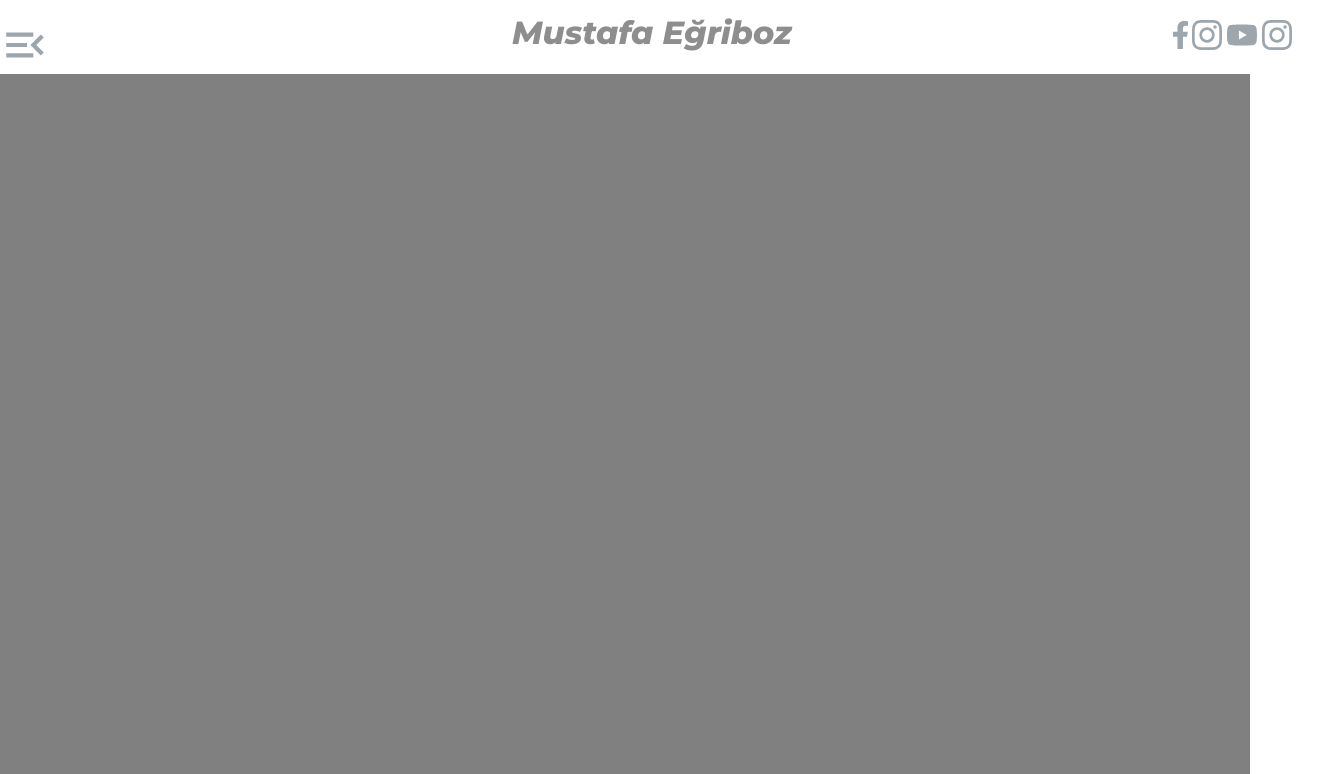
Repository: CengoCengo/m.e-gallery-web-site
Page: index.html
The author's editor kept a copy of each file at every save. The page is drawn from the files as they stood at one save, then again after the next save.
The browser window is 1280 px wide. The page is 1322 px wide, then 1342 px, then 1322 px, so the pictures cover 1342 px, including what lies to the right of the window. The pictures show the whole page.

Above is the page before, as saved 2021-02-06 02:18:57.
Console error: TypeError: Cannot read properties of null (reading 'style')

### index.html
<!DOCTYPE html>
<html lang="en">
  <head>
    <meta charset="UTF-8" />
    <meta name="viewport" content="width=device-width, initial-scale=1.0" />
    <link rel="stylesheet" href="styles/style.css" />
    <link rel="preconnect" href="https://fonts.gstatic.com" />
    <link
      href="https://fonts.googleapis.com/css2?family=Montserrat:ital,wght@1,800&display=swap"
      rel="stylesheet"
    />

    <title>Mustafa Eğriboz</title>
  </head>
  <body>
    <!-- Navigator -->
    <div class="menu-container">
      <img
        id="icon-menu"
        src="images/icon/menu_open-black-18dp.svg"
        alt="icon-menu"
        width="50"
      />
      <h1>Mustafa Eğriboz</h1>

      <div class="social-media-container">
        <a href=""
          ><img alt="Qries" src="images/icon/facebook-f-brands.svg" width=15"
          height="70"></a
        >

        <a href=""
          ><img alt="Qries" src="images/icon/instagram-brands.svg" width=30"
          height="70"></a
        >

        <a href=""
          ><img alt="Qries" src="images/icon/youtube-brands.svg" width=30"
          height="70"></a
        >

        <a href=""
          ><img alt="Qries" src="images/icon/instagram-brands.svg" width=30"
          height="70"></a
        >
      </div>
    </div>

    <!-- Slider -->

    <div class="slider-container">
      <div class="slider"></div>
    </div>

    <script type="text/javascript" src="js/script.js"></script>
  </body>
</html>

### styles/style.css
*{
    margin: 0;
    padding: 0;
    font-family:  'Montserrat', sans-serif;


}

.main-container{
    width: 100%;
}

.menu-container{
    display: inline-block;
    position: relative;
    width: 100%;
    height: auto;



}

#icon-menu img{
    display: inline-block;
    width:2rem;

}

.menu-container h1{
    display: inline-block;
    position: absolute;
    margin-top: 1%;
    left: 40%;
    width: 300px;
    color:#8e8e8e;

}

.social-media-container{
    display: inline;
    position: relative;
    width: 100%;
    left: 85%;
    padding: 30px;

}


.facebook-icon{
    position: absolute;
    left:80%;
}

.instagram-icon{
    position: absolute;
    left: 82%;
}

.youtube-icon{
    position: absolute;
    left: 85%;
}


.slider{
    background-color: grey;
    width: 1250px;
    height: 700px;

}

### js/script.js
var x = document.querySelector("p");
x.style.backgroundColor = "red";

After the next save:
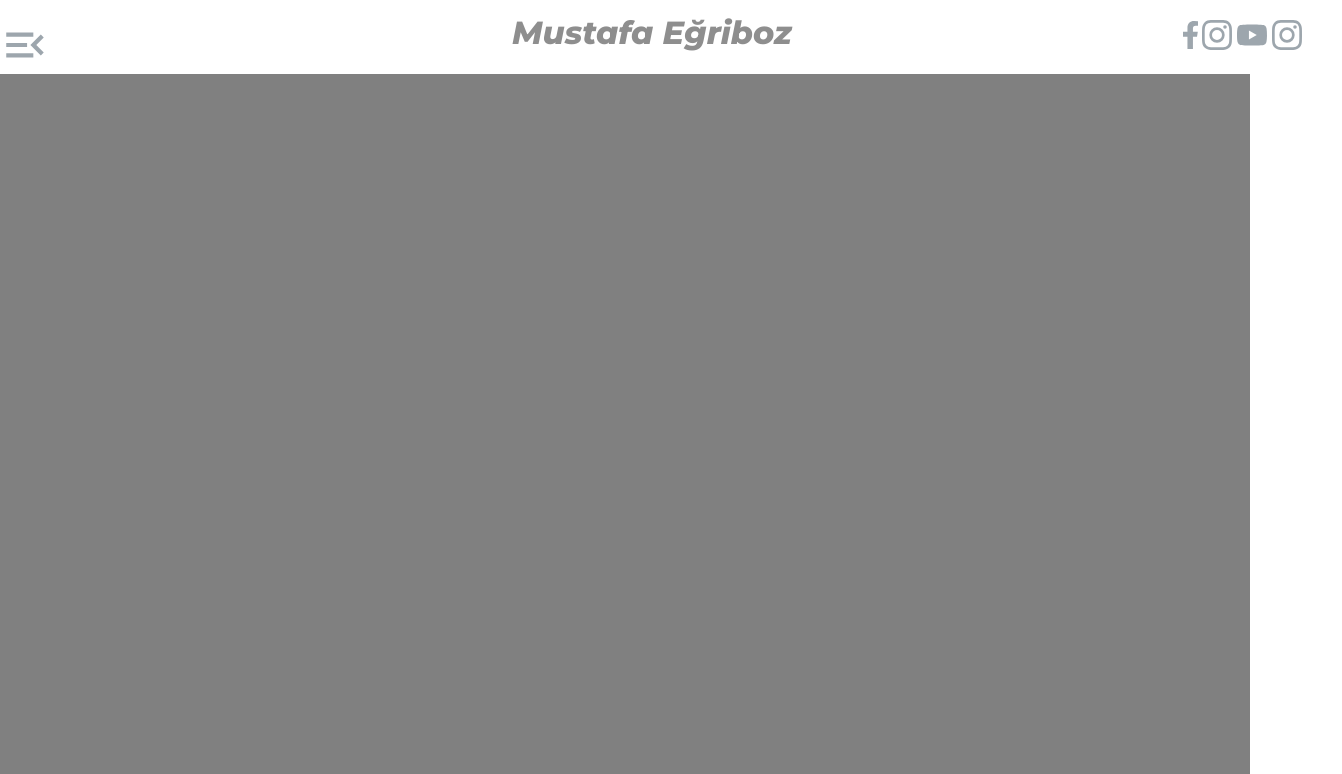
Saved 12 h 30 min later.
--- a/styles/style.css
+++ b/styles/style.css
@@ -41,7 +41,7 @@
     position: relative;
     width: 100%;
     left: 85%;
-    padding: 30px;
+    padding: 40px;
 
 }
 

After the save that followed:
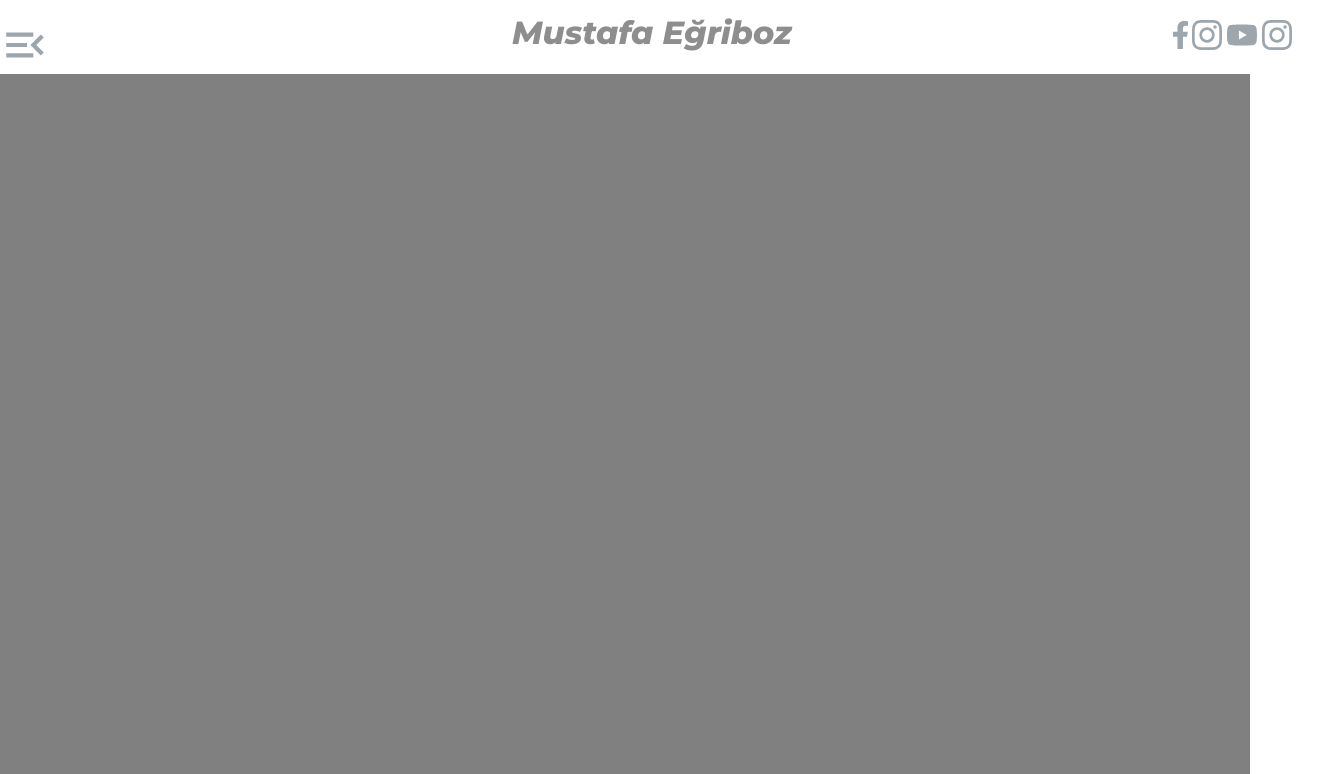
Saved 5 s later.
--- a/styles/style.css
+++ b/styles/style.css
@@ -41,7 +41,7 @@
     position: relative;
     width: 100%;
     left: 85%;
-    padding: 40px;
+    padding: 30px;
 
 }
 
